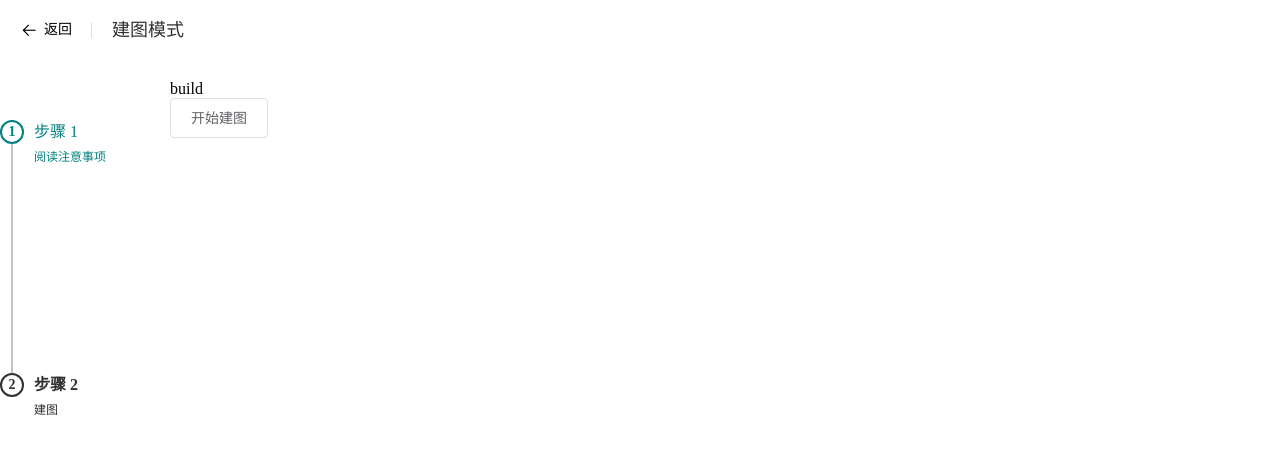
Repository: Forever518/BUAA_SE_Embedded_2021
Page: /#/Build (app in web/ros_web/)
The author's editor kept a copy of each file at every save. The page is drawn from the files as they stood at one save, then again after the next save.
The browser window is 1280 px wide. The pictures show the whole page.
The project was rebuilt for these pictures with package versions that can differ from the ones it lists, and the page was loaded fresh each time. Also part of the build but not shown: web/ros_web/src/components/home.vue, web/ros_web/src/components/settings.vue, web/ros_web/src/components/help.vue, web/ros_web/src/components/about.vue, web/ros_web/src/views/Main.vue, web/ros_web/src/views/Mark.vue, web/ros_web/src/components/buildings.vue, web/ros_web/src/views/Serve.vue.

Above is the page before, as saved 2021-05-08 14:36:33.

### web/ros_web/src/App.vue
<template>
  <router-view/>
</template>

<script>
</script>

<style>
#app {
  font-family: 'Avenir', Helvetica, Arial, sans-serif;
  -webkit-font-smoothing: antialiased;
  -moz-osx-font-smoothing: grayscale;
  text-align: center;
  color: #2c3e50;
  margin-top: 60px;
}
html,
body,
#app{
  height: 100%;
}
* {
  padding: 0;
  margin: 0;
}
.el-container {
  height: 100%
}
.el-menu--horizontal > .el-menu-item {
  border-bottom: none!important;
}
.el-menu--horizontal > .el-menu-item:hover {
  border-bottom: none!important;
  /* color: rgb(51, 51, 243)!important; */
}
.el-menu--horizontal > .el-menu-item.is-active {
  border-bottom: none!important;
}
.el-menu--horizontal {
  border-bottom: none!important;
}
</style>

### web/ros_web/src/router/index.js
import Vue from 'vue'
import VueRouter from 'vue-router'
import Main from '../views/Main.vue'
import Mark from '../views/Mark.vue';
import Build from '../views/Build.vue';
import Serve from '../views/Serve.vue';

Vue.use(VueRouter)

const routes = [
  {
    path: '/Main',
    name: 'Main',
    component: Main
  },
  {
    path: '/Build',
    name: 'Build',
    component: Build
  },
  {
    path: '/Mark',
    name: 'Mark',
    component: Mark
  },
  {
    path: '/Serve',
    name: 'Serve',
    component: Serve
  },
  {
    path: '/',
    redirect: '/Main'
  }
]

const router = new VueRouter({
  routes
})

export default router

### web/ros_web/src/views/Build.vue
<template>
  <el-container>
    <el-header>
      <el-page-header @back="goBack" content="建图模式">
      </el-page-header>
    </el-header>
    <el-container>
      <el-aside>
        <div style="height: 300px; padding-top: 60px">
          <el-steps direction="vertical" :active="nowStep">
            <el-step title="步骤 1" description="阅读注意事项"></el-step>
            <el-step title="步骤 2" description="建图"></el-step>
          </el-steps>
        </div>
      </el-aside>
      <el-container>
        <el-main>
          <attentions @next-step-click="attentions_click" :type="type" v-if="step === 'attentions'"></attentions>
          <building v-if="step === 'building'"></building>
        </el-main>
      </el-container>
    </el-container>
  </el-container>
</template>

<script>
  import attentions from '../components/attentions';
  import building from '../components/buildings';
  export default {
    data() {
      return {
        step: 'attentions',
        type: 'build',
        nowStep: 1,
      }
    },
    methods: {
      goBack() {
        this.$router.push({
          name: 'Main'
        })
      },
      attentions_click(next_component) {
        this.step = next_component;
        this.nowStep = 2;
      }
    },
    components: {
      attentions,
      building,
    }
  }
</script>

<style>
.el-page-header {
  height: 100%!important;
  line-height: 60px!important;
}
.el-aside {
  width: 150px!important;
}
</style>

### web/ros_web/src/components/attentions.vue
<template>
  <div>
    <p> {{type}} </p>
    <el-button @click="back(next_component)">开始建图</el-button>
  </div>
</template>

<script>
  export default {
   data() {
     return {

     }
   },
   props: {
     type: {
       type: String,
       require: true,
     }
   },
   methods: {
     back(next_component) {
       this.$emit('next-step-click', next_component);
     }
   },
   computed: {
     next_component() {
       if(this.type === 'build') {
         return 'building';
       }
       return 'building';
     }
   }
  }
</script>

Loaded but not shown: web/ros_web/public/index.html (common file); web/ros_web/src/main.js (common file); web/ros_web/src/plugins/element.js (common file); web/ros_web/src/element-variables.scss (common file)

After the next save:
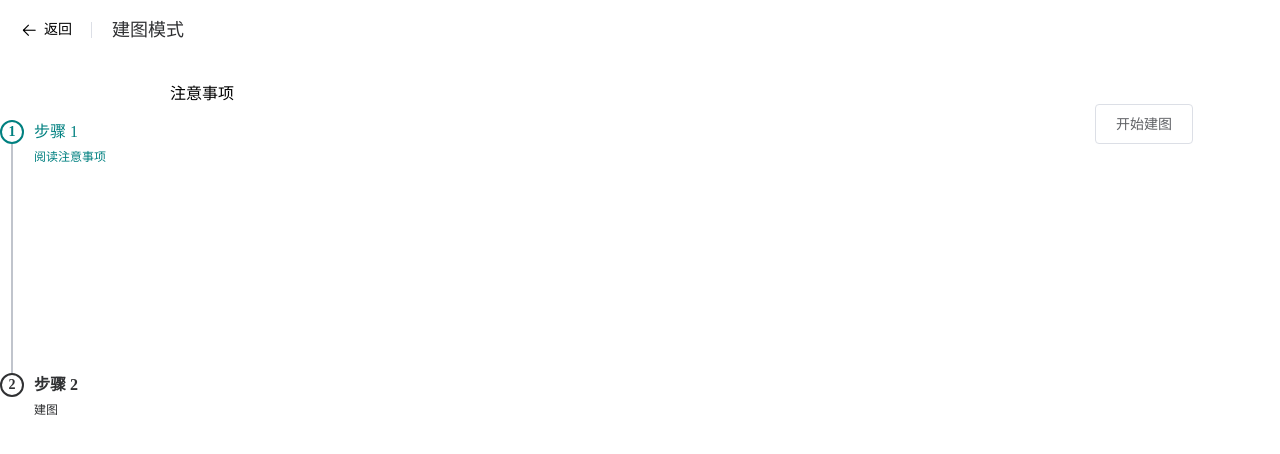
Saved 7 min 31 s later.
--- a/web/ros_web/src/components/attentions.vue
+++ b/web/ros_web/src/components/attentions.vue
@@ -1,7 +1,18 @@
 <template>
   <div>
-    <p> {{type}} </p>
-    <el-button @click="back(next_component)">开始建图</el-button>
+    <div v-if="type === 'build'">
+      <div class="messageBox">
+        <p>注意事项</p>
+      </div>
+      <el-row :gutter="20" type="flex" justify="space-between">
+        <el-col :span="4">
+
+        </el-col>
+        <el-col :span="4">
+          <el-button @click="back(next_component)">开始建图</el-button>
+        </el-col>
+      </el-row>
+    </div>
   </div>
 </template>
 
@@ -33,3 +44,9 @@
    }
   }
 </script>
+
+<style>
+.messageBox {
+  height: 80%!important;
+}
+</style>
